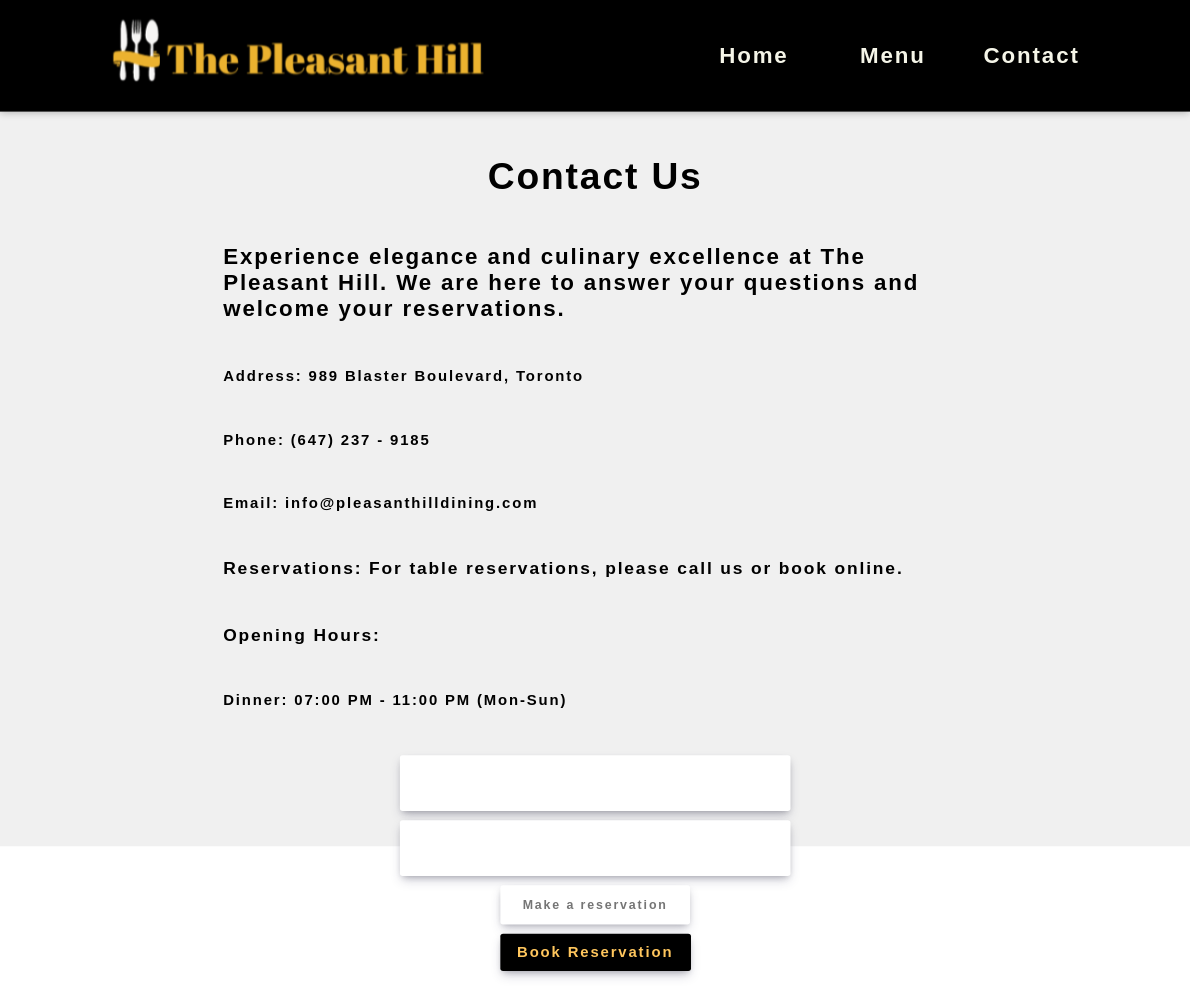
Repository: shayanabedi98/pleasant-hill-restaurant
Page: /, after clicking the first element matching `ul > :nth-child(3)`
The author's editor kept a copy of each file at every save. The page is drawn from the files as they stood at one save, then again after the next save.
The browser window is 1280 px wide. The pictures show the part of the page from y = 0 to 1074 px (the page is 1494 px tall before and 1474 px after), at 93% of full size.
Pictures or frames that could not be fetched are drawn as grey boxes. Some web fonts or font styles are not loaded; a fallback is used. The project was rebuilt for these pictures with package versions that can differ from the ones it lists, and the page was loaded fresh each time. Also part of the build but not shown: vite.config.js, src/components/MenuList.jsx, src/components/Appetizers.jsx, src/components/Entrees.jsx, src/components/Desserts.jsx, src/components/Drinks.jsx, src/components/Menu.jsx, src/index.css.

Above is the page before, as saved 2024-01-08 18:08:54.

### index.html
<!doctype html>
<html lang="en">
  <head>
    <meta charset="UTF-8" />
    <link rel="icon" type="image/svg+xml" href="/vite.svg" />
    <meta name="viewport" content="width=device-width, initial-scale=1.0" />
    <link rel="preconnect" href="https://fonts.googleapis.com">
    <link rel="preconnect" href="https://fonts.gstatic.com" crossorigin>
    <link href="https://fonts.googleapis.com/css2?family=Italiana&display=swap" rel="stylesheet">
    <title></title>
  </head>
  <body>
    <div id="root"></div>
    <script type="module" src="/src/main.jsx"></script>
  </body>
</html>

### src/App.jsx
import { useState } from "react";
import Contact from "./components/Contact";
import Home from "./components/Home";
import Menu from "./components/Menu";
import Navbar from "./components/Navbar";
import "./App.css";

function App() {
  const [activeContact, setActiveContact] = useState(false)
  const [activeDiv, setActiveDiv] = useState({
    home: true,
    menu: false,
    contact: false,
  });

  const renderDiv = (clickedItem) => {
    setActiveDiv({
      home: clickedItem === 'home',
      menu: clickedItem === 'menu',
      contact: clickedItem === 'contact'
    })
  }

  return (
    <>
      <Navbar onClick={renderDiv} />
      {activeDiv.home && <Home />}
      {activeDiv.menu && <Menu />}
      {activeDiv.contact && <Contact />}
    </>
  );
}

export default App;

### src/components/Contact.jsx
import React, { useEffect, useState } from "react";
import DatePicker from "react-datepicker";
import "react-datepicker/dist/react-datepicker.css";

const Contact = () => {
  const [startDate, setStartDate] = useState("");
  const [booked, setBooked] = useState(false);

  const startOfDay = new Date();
  startOfDay.setHours(19, 0, 0, 0);
  const endOfDay = new Date();
  endOfDay.setHours(23, 0, 0, 0);

  const handleChangeDate = (date) => {
    setStartDate(date);
  };

  const handleClickDate = () => {
    setBooked(true);
  };

  const bookAgain = () => {
    setStartDate("");
    setBooked(false);
  };

  return (
    <div className="contact">
      <h1>Contact Us</h1>
      <h2>
        Experience elegance and culinary excellence at The Pleasant Hill. We are
        here to answer your questions and welcome your reservations.
      </h2>
      <p>Address: 989 Blaster Boulevard, Toronto</p>
      <p>Phone: (647) 237 - 9185</p>
      <p>Email: info@pleasanthilldining.com</p>
      <h3>
        Reservations: For table reservations, please call us or book online.
      </h3>
      <h3>Opening Hours:</h3>
      <p>Dinner: 07:00 PM - 11:00 PM (Mon-Sun)</p>

      {!booked && (
        <div>
          <input type="text" className="info" />
          <input type="email" className="info" />
          <DatePicker
            placeholderText="Make a reservation"
            selected={startDate}
            onChange={handleChangeDate}
            minDate={startDate}
            minTime={startOfDay}
            maxTime={endOfDay}
            showTimeSelect
            dateFormat="Pp"
          />
          <button onClick={handleClickDate} className="book">
            Book Reservation
          </button>
        </div>
      )}
      {booked && (
        <div>
          <h4>
            Your reservation has been booked for,{" "}
            {startDate.toLocaleDateString()} at {startDate.toLocaleTimeString()}
          </h4>
          <button onClick={bookAgain} className="book">
            Book Again
          </button>
        </div>
      )}
      <div className="iframe-div">
        <iframe
          className="map"
          src="https://www.google.com/maps/embed?pb=!1m18!1m12!1m3!1d721.6078904512414!2d-79.3904640303319!3d43.65999366841537!2m3!1f0!2f0!3f0!3m2!1i1024!2i768!4f13.1!3m3!1m2!1s0x882b34b7cf806435%3A0x842c90518fb9fea1!2s109%20College%20St%2C%20Toronto%2C%20ON%20M5G%201L6!5e0!3m2!1sen!2sca!4v1703711320331!5m2!1sen!2sca"
          width="800"
          height="400"
          style={{ border: 0 }}
        ></iframe>
      </div>
    </div>
  );
};

export default Contact;

### src/components/Home.jsx
import React from 'react'
import aboutImg from '../assets/about.jpg'
import toronto from '../assets/toronto.jpg'
import '../assets/banner.jpg'

const Home = () => {
  return (
    <div className='home'>
      <div className='banner-content'>
        <h1>Dine in luxury at The Pleasant Hill</h1>
        <div className='banner-buttons'>
          <button>View Menu</button>
          <button>Book Reservation</button>
        </div>
      </div>
      <div className="about">
        <div className='about1'>
          <img src={aboutImg} alt="zoomed in picture of a dining table with utensils" />
          <h2>Indulge in the Epitome of Gastronomic Luxury at The Pleasant Hill, Toronto's premier dining establishment where every dish promises an adventure for the senses. Experience the pinnacle of culinary artistry in the heart of Ontario. Each dish is a masterpiece, composed of the finest locally-sourced ingredients and presented with the elegance worthy of royalty.</h2>
        </div>

        <div className="about2">
          <p>Nestled in the heart of Toronto, Ontario, The Pleasant Hill offers an oasis of culinary refinement in a world bustling with activity. This luxurious haven of gastronomy is not just a restaurant; it is a destination where the art of fine dining is celebrated, and every meal is an exquisite journey. With its opulent ambiance, The Pleasant Hill invites patrons to indulge in a symphony of flavors crafted by world-renowned chefs. Our sommelier-curated wine selection complements the epicurean delights, featuring rare vintages and sought-after labels from the most esteemed vineyards. At The Pleasant Hill, we believe that a meal should be a cherished moment, a time to savor the luxuries that life has to offer. We take pride in creating an unforgettable experience that begins with a warm welcome and lingers long after the last decadent dessert is enjoyed. Come, be our guest and immerse yourself in the pinnacle of Toronto's dining scene.</p>
          <img src={toronto} alt="Toronto skyline" />
        </div>
      </div>
    </div>
  )
}

export default Home

### src/components/Navbar.jsx
import React from "react";
import logo from "../assets/logo2.png";

const Navbar = ({ onClick }) => {
  return (
    <div className="navbar">
      <img src={logo} alt="" />
      <ul>
        <li onClick={() => onClick("home")}>Home</li>
        <li onClick={() => onClick("menu")}>Menu</li>
        <li onClick={() => onClick("contact")}>Contact</li>
      </ul>
    </div>
  );
};

export default Navbar;

### src/App.css
* {
  font-family: "Italiana", sans-serif;
  font-weight: 600;
  letter-spacing: 2px;
}

body {
  padding: 0px;
  margin: 0px;
}

.navbar {
  background-color: black;
  display: grid;
  grid-template-columns: 1fr 1fr;
  place-items: center;
  align-content: center;
  height: 120px;
  box-shadow: rgba(0, 0, 0, 0.24) 0px 3px 8px;
  z-index: 2;
  position: fixed;
  width: 100%;
  top: 0;
}

.navbar ul li {
  list-style: none;
  font-size: 24px;
  text-align: center;
  color: rgb(245, 245, 232);
  background-color: black;
}

.navbar ul {
  display: grid;
  width: 70%;
  grid-template-columns: 1fr 1fr 1fr;
  padding: 0px;
  margin: 0px;
}

.navbar ul li:hover {
  cursor: pointer;
  background-color: #aa9c66;
}

.banner-content {
  background: url("./assets/banner.jpg");
  background-attachment: fixed;
  height: 980px;
  display: grid;
  place-items: center;
}

.banner-content h1 {
  position: relative;
  top: 200px;
  font-size: 70px;
  color: #ffffff;
}

.banner-buttons {
  position: relative;
  top: -150px;
  display: grid;
  grid-template-columns: 1fr 1fr;
  gap: 50px;
}

.banner-buttons button {
  width: 170px;
  height: 70px;
  font-size: 20px;
  border: none;
  background-color: #aa9c66;
  color: #ffffff;
  cursor: pointer;
  box-shadow: rgba(50, 50, 93, 0.25) 0px 13px 27px -5px,
    rgba(0, 0, 0, 0.3) 0px 8px 16px -8px;
}

.about {
  box-shadow: rgba(0, 0, 0, 0.1) 0px 4px 6px -1px,
    rgba(0, 0, 0, 0.06) 0px 2px 4px -1px;
  width: 1220px;
  margin: 70px auto;
  padding: 40px;
  text-align: start;
  background-color: #f0f0f0;
}

.about1,
.about2 {
  display: grid;
  grid-template-columns: 1fr 1fr;
  place-items: center;
  width: 1200px;
  margin: 70px auto;
  padding: 25px;
  line-height: 35px;
}

.about img {
  height: 550px;
  width: 550px;
  object-fit: cover;
}

.menu {
  background-color: #f0f0f0;
  width: 1220px;
  padding: 40px;
  margin: 120px auto;
  box-shadow: rgba(0, 0, 0, 0.1) 0px 4px 6px -1px,
    rgba(0, 0, 0, 0.06) 0px 2px 4px -1px;
}

.card-container {
  display: grid;
  gap: 20px;
  grid-template-columns: repeat(3, 1fr);
  place-items: center;
  color: #aa9c66;
  width: 1200px;
  margin: auto;
}

.menu-imgs {
  width: 300px;
  margin: 30px 30px 30px 30px;
  border-radius: 5%;
}

.menu-desc {
  text-align: center;
  font-weight: 600;
  padding-left: 20px;
  padding-right: 20px;
}

.menu-names {
  font-size: 25px;
  text-decoration: underline;
  color: rgb(158, 152, 96);
}

.card {
  width: 370px;
  min-height: 400px;
  cursor: pointer;
  box-shadow: 0 13px 27px -5px hsla(240, 30.1%, 28%, 0.25),
    0 8px 16px -8px hsla(0, 0%, 0%, 0.3), 0 -6px 16px -6px hsla(0, 0%, 0%, 0.03);
  transition: all ease 200ms;
  display: grid;
  place-items: center;
  grid-template-rows: 1fr 0.3fr 0.3fr;
  background-color: black;
  border-radius: 1rem;
  overflow: hidden;
}

.card:hover {
  cursor: pointer;
  transform: scale(1.03);
  box-shadow: 0 13px 40px -5px hsla(240, 30.1%, 28%, 0.12),
    0 8px 32px -8px hsla(0, 0%, 0%, 0.14),
    0 -6px 32px -6px hsla(0, 0%, 0%, 0.02);
}

.menu-desc,
.menu-names {
  background-color: black;
}

.menu h2 {
  text-align: center;
  font-size: 35px;
  margin: 60px 0 60px 0;
}

.menu h1 {
  text-align: center;
  font-size: 40px;
}

.menu-top-p {
  text-align: center;
  font-size: 23px;
  width: 1200px;
  margin: 70px auto;
}

.contact {
  background-color: #f0f0f0;
  width: 1200px;
  margin: 100px auto;
  height: 730px;
  padding: 40px;
  text-align: center;
}

.contact h1 {
  text-align: center;
  width: 1200px;
  font-size: 40px;
}

.contact p,
.contact h2,
.contact h3 {
  text-align: start;
  width: 800px;
  margin: 50px auto;
}

.contact input {
  width: 200px;
  height: 40px;
  border: none;
  border-radius: 3px;
  box-shadow: rgba(50, 50, 93, 0.25) 0px 6px 12px -2px, rgba(0, 0, 0, 0.3) 0px 3px 7px -3px;
  text-align: center;
  font-family: sans-serif;
  display: block;
}

.react-datepicker__header {
  background-color: #f0ce38;
  color: white;
}

.react-datepicker__day-name {
  color: #333;
}
.react-datepicker__day,
.react-datepicker__day-name {
  width: 2.5rem;
  line-height: 2.5rem;
  margin: 0.166rem;
  border-radius: 50%;
}

.react-datepicker__day--selected {
  background-color: #c2ab4f;
  color: white;
}

.react-datepicker__day:hover {
  background-color: #aa9c66;
}

.react-datepicker__time-container {
  width: 120px;
}

.react-datepicker__time-box {
  width: 120px !important;
}

.contact .info {
  margin: 10px auto;
  width: 400px;
  text-align: start;
  padding: 10px;
}

.contact .book {
  height: 40px;
  width: 205px;
  cursor: pointer;
  border: none;
  background-color: black;
  box-shadow: rgba(50, 50, 93, 0.25) 0px 6px 12px -2px, rgba(0, 0, 0, 0.3) 0px 3px 7px -3px;
  color: rgb(255, 198, 93);
  font-size: 16px;
  padding: 10px;
  border-radius: 3px;
  display: block;
  margin: 10px auto;
}

.iframe-div {
  margin: 50px auto;
  display: flex;
  justify-content: center;
  align-items: center;
  height: 400px;
}

@media only screen and (max-width: 1300px) {
  .about {
    width: 100%;
    padding: 0;
  }

  .about1,
  .about2 {
    grid-template-rows: 1fr 1fr;
    grid-template-columns: none;
  }

  .about1 {
    margin: 0;
    padding-top: 50px;
  }

  .about1 img {
    width: 500px;
    height: 300px;
  }

  .about1 h2 {
    font-size: 20px;
    margin: 50px 40px 40px 40px;
    text-align: center;
  }

  .about2 img {
    order: -1;
    width: 600px;
    height: 400px;
  }

  .about2 p {
    text-align: center;
    font-size: 15px;
  }

  .banner-content {
    width: 100%;
  }

  .home {
    width: 100%;
  }

  .home h1 {
    font-size: 45px;
  }

  .banner-buttons button {
    width: 170px;
  }
}

Loaded but not shown: src/main.jsx (common file)

After the next save:
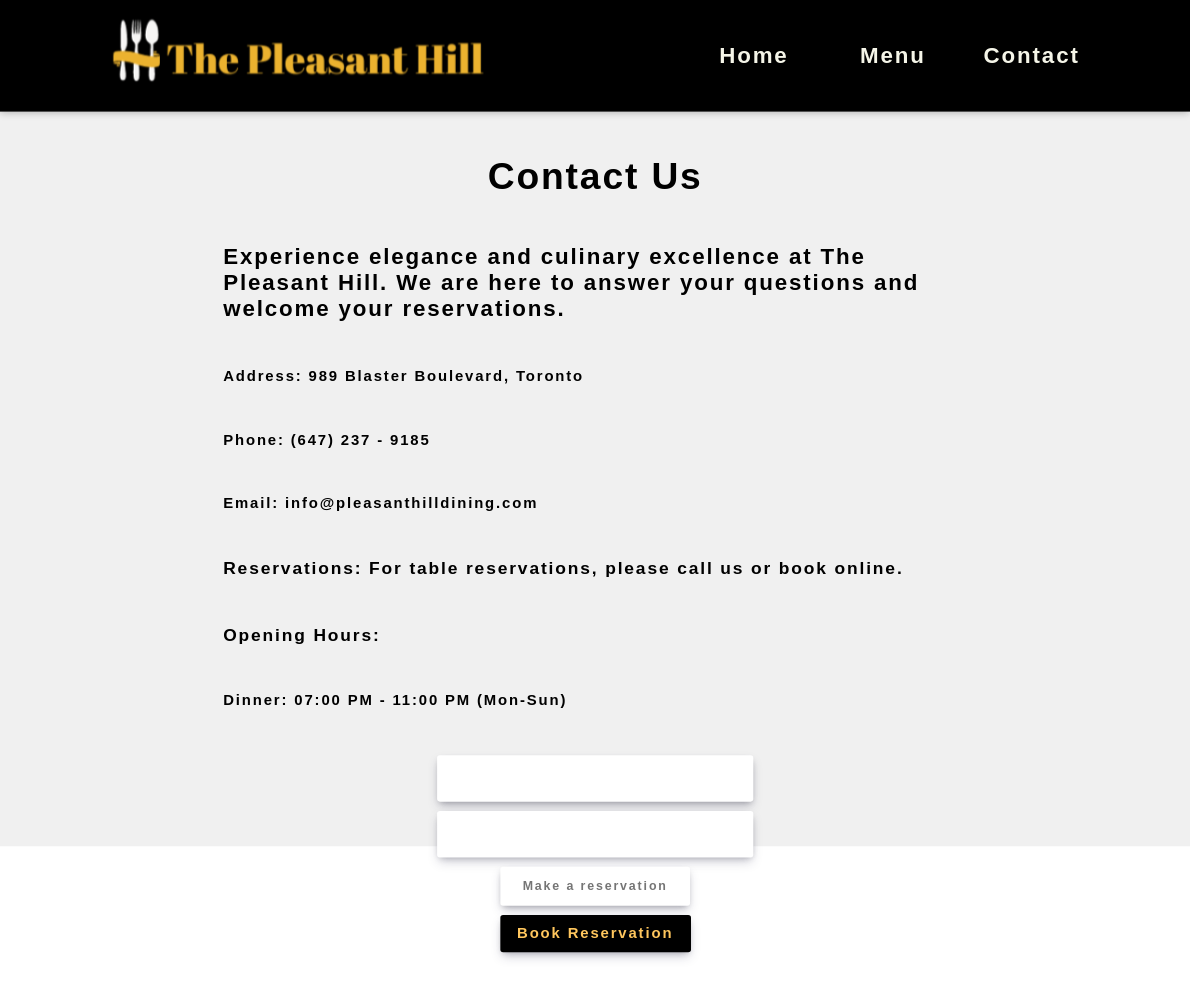
Saved 12 s later.
--- a/src/App.css
+++ b/src/App.css
@@ -259,7 +259,8 @@ body {
 
 .contact .info {
   margin: 10px auto;
-  width: 400px;
+  width: 320px;
+  height: 30px;
   text-align: start;
   padding: 10px;
 }
